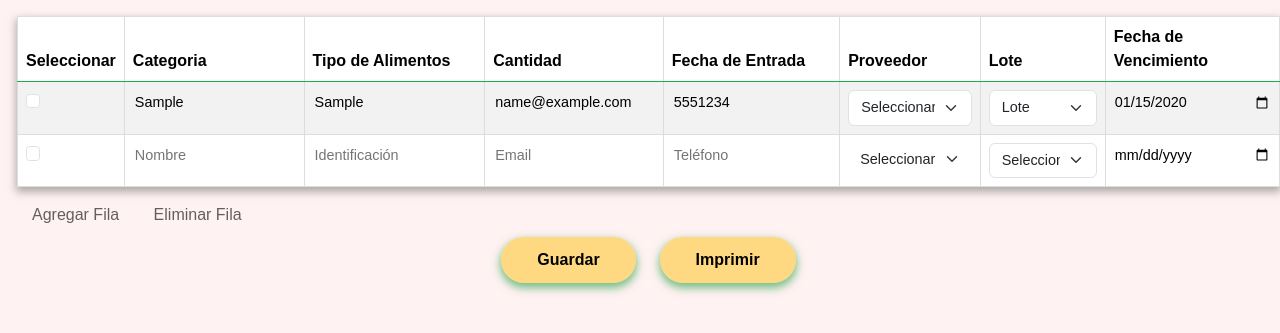
Repository: Mateojimenezz/Granja-Santa-Helena
Page: inventarioDeAlimentos.html
The author's editor kept a copy of each file at every save. The page is drawn from the files as they stood at one save, then again after a run of saves.
The browser window is 1280 px wide. The pictures show the whole page.
Empty fields were first filled with sample values (such as "Sample", 5 or name@example.com).
After loading, the first visible `#addUserButton` was clicked once.
Some web fonts or font styles are not loaded; a fallback is used.

Above is the page before, as saved 2025-04-22 15:19:13.

After the next 2 saves:
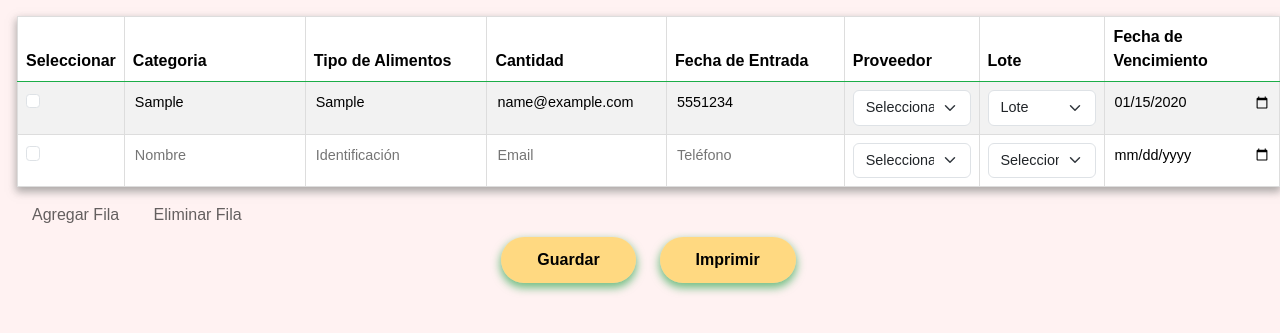
The 2 saves are shown as one change because they came seconds apart.
The last was saved 31 s later.
--- a/assets/js/inventarioDeAlimentos.js
+++ b/assets/js/inventarioDeAlimentos.js
@@ -23,13 +23,14 @@
        <input type="tel" class="input-no-border" placeholder="Teléfono" />
      </td>
      <td>
-       <select class="form-select input-no-border">
-         <option selected disabled>Seleccionar</option>
-         <option value="Administrador">Administrador</option>
-         <option value="Veterinario">Veterinario</option>
-         <option value="Operario">Operario</option>
-       </select>
-     </td>
+                <!-- Selector proveedores -->
+                <select class="form-select">
+                  <option selected disabled>Seleccionar</option> <!-- Opción predeterminada -->
+                  <option value="Proveedor 1">Proveedor 1</option>
+                  <option value="Proveedor 2">Proveedor 2</option>
+                  <option value="Proveedor 3">Proveedor 3</option>
+                </select>
+              </td>
     <td>
          <select class="form-select">
             <option selected disabled>Seleccionar</option> <!-- Opción predeterminada -->
